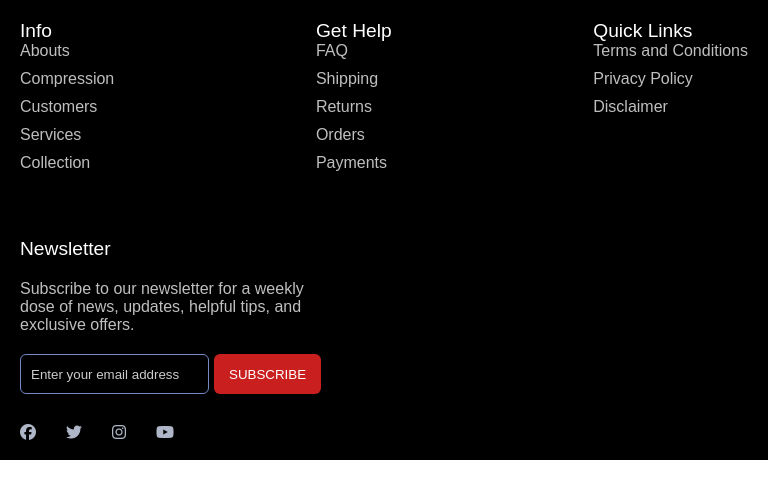
Repository: syni18/responsive_footer
Page: index.html
The author's editor kept a copy of each file at every save. The page is drawn from the files as they stood at one save, then again after a run of saves.
The browser window is 768 px wide. The pictures show the whole page.
Some web libraries are served in a nearby version.

Above is the page before, as saved 2023-11-03 17:25:32.

After the next 2 saves:
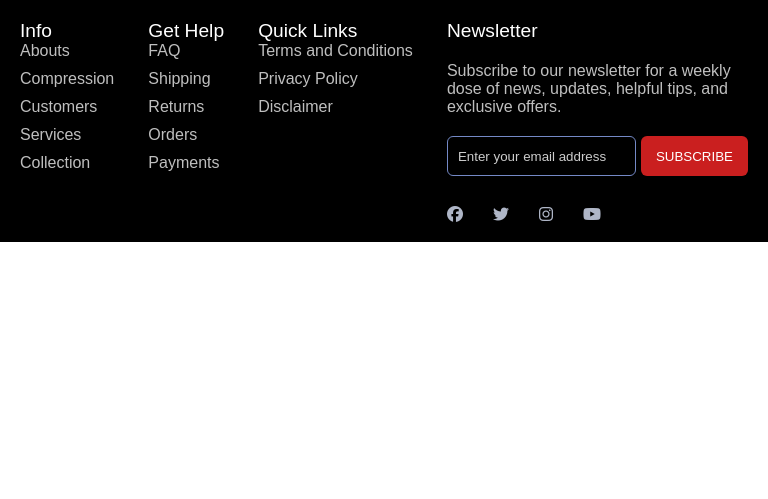
The 2 saves are shown as one change because they came seconds apart.
The last was saved 8 s later.
--- a/style.css
+++ b/style.css
@@ -95,6 +95,7 @@
     }
     .footer .footer-row{
         padding: 20px;
-
+        gap: 1rem;
     }
+    .
 }
